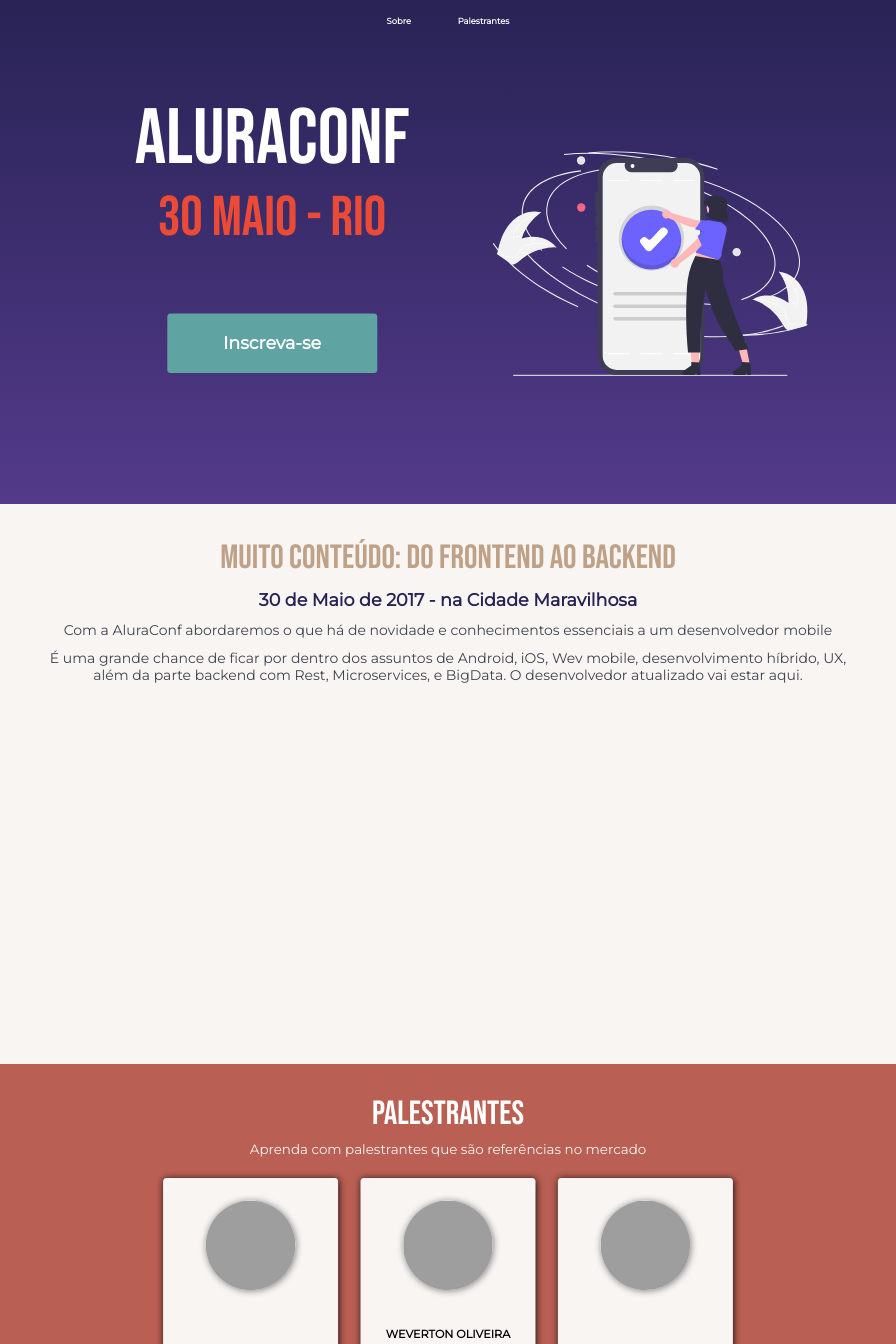
Repository: tomoliveira1/aluraconf
Page: index.html
These files come from the project's save history. The page is drawn as it stood at one moment and after the next save; the edit follows.
The browser window is 1280 px wide. The pictures show the part of the page from y = 0 to 1920 px (the page is 3072 px tall), at 70% of full size.
Pictures or frames that could not be fetched are drawn as grey boxes.

Above is the page before, as saved 2021-10-14 23:12:36.

### index.html
<!-- PROJETO FINAL - ALURACONF -->

<!DOCTYPE html>
<html lang="pt-br">
  <head>
    <meta charset="UTF-8" />
    <meta http-equiv="X-UA-Compatible" content="IE=edge" />
    <meta name="viewport" content="width=device-width, initial-scale=1.0" />
    <title>AluraConf</title>
    <link
      rel="shortcut icon"
      href="./aluraconf/img/favicon.ico"
      type="image/x-icon"
    />

    <link rel="preconnect" href="https://fonts.googleapis.com" />
    <link rel="preconnect" href="https://fonts.gstatic.com" crossorigin />

    <link rel="stylesheet" href="/aluraconf/css/reset.css" />
    <link rel="stylesheet" href="/aluraconf/css/base.css" />
    <link rel="stylesheet" href="aluraconf/css/header.css" />
    <link rel="stylesheet" href="aluraconf/css/about.css" />
    <link rel="stylesheet" href="aluraconf/css/speakers.css" />
    <link rel="stylesheet" href="aluraconf/css/form.css" />
    <link
      href="https://fonts.googleapis.com/css2?family=Bebas+Neue&family=Montserrat:wght@300;400&display=swap"
      rel="stylesheet"
    />
  </head>
  <body>
    <header class="header container">
      <div class="navigation">
        <nav class="header_nav">
          <ul>
            <li class="header_link"><a href="#about">Sobre</a></li>
            <li class="header_link"><a href="#speakers">Palestrantes</a></li>
          </ul>
        </nav>
      </div>

      <div class="header_text container">
        <h1 class="header_title">aluraconf</h1>
        <h1 class="header_subtitle">30 Maio - Rio</h1>

        <a class="header_button button" href="#subscribe">Inscreva-se</a>
      </div>

      <img
        class="header_image"
        src="aluraconf/img/phone.svg"
        alt="ilustração de uma pessoa usando um computador"
      />
    </header>

    <main>
      <section id="about" class="about container">
        <h1 class="title about_title">
          Muito conteúdo: do frontend ao backend
        </h1>
        <h2 class="about_subtitle">
          30 de Maio de 2017 - na Cidade Maravilhosa
        </h2>
        <p class="about_content">
          Com a AluraConf abordaremos o que há de novidade e conhecimentos
          essenciais a um desenvolvedor mobile
        </p>
        <p class="about_content">
          É uma grande chance de ficar por dentro dos assuntos de Android, iOS,
          Wev mobile, desenvolvimento híbrido, UX, além da parte backend com
          Rest, Microservices, e BigData. O desenvolvedor atualizado vai estar
          aqui.
        </p>
      </section>

      <section id="speakers" class="speakers container">
        <h1 class="title">Palestrantes</h1>
        <h2>Aprenda com palestrantes que são referências no mercado</h2>

        <div class="cards">
          <div class="card">
            <img
              src="https://i.insider.com/60c1df2b23393a00188e25da?width=1136&format=jpeg"
              alt="foto de perfil Weverton"
              class="profile_picture"
            />

            <div class="info_container">
              <span class="profile_name">Mark Zuckerberg</span>
              <span class="profile_subtitle">Programador | Facebook</span>
              <span class="profile_description"
                >Bom, mas não tão bom quanto o Weverton ai do lado</span
              >
            </div>
          </div>

          <div class="card">
            <img
              src="https://avatars.githubusercontent.com/u/85240595?v=4"
              alt="foto de perfil Weverton"
              class="profile_picture"
            />

            <div class="info_container">
              <span class="profile_name">Weverton Oliveira</span>
              <span class="profile_subtitle">Front-end Developer | FAcode</span>
              <span class="profile_description"
                >Mais conhecido como o melhor Front-end do mundo! Fonte: todo
                mundo</span
              >
            </div>
          </div>

          <div class="card">
            <img
              src="https://conteudo.imguol.com.br/c/tab/85/2020/07/07/o-empresario-e-filantropo-bill-gates-1594123769189_v2_450x337.jpg"
              alt="foto de perfil Weverton"
              class="profile_picture"
            />

            <div class="info_container">
              <span class="profile_name">Bill Gates</span>
              <span class="profile_subtitle">Programador | Microsoft</span>
              <span class="profile_description"
                >Criador da Microsoft, empresa que fustra os usuários na hora do
                Login</span
              >
            </div>
          </div>
        </div>
      </section>

      <section id="subscribe" class="form container">
        <img
          src="aluraconf/img/form-image.svg"
          alt="Ilustração de cadastro"
          class="form_image"
        />

        <div class="inputs">
          <h1 class="title">seus dados</h1>
          <form>
            <label class="custom_field">
              <input
                class="form_input"
                type="text"
                id="nome"
                placeholder="Nome Completo"
              />
            </label>

            <label class="custom_field">
              <input
                class="form_input"
                type="text"
                id="email"
                placeholder="Email"
              />
            </label>
          </form>

          <a class="submit_button button">Enviar</a>
        </div>
      </section>
    </main>
  </body>
</html>

### aluraconf/css/base.css
:root {
  /* Colors */
  --clr-gray: #37474f;
  --placeholder: #222;
  --text-color: #3f434f;
  --red: #eb4b36;
  --bg-orange: #ba5f53;
  --bg-color-darker: #282355;
  --bg-color-lighter: #533a8a;
  --button-hover: #2a87a1;
  --clr-primary: #2f7b91;
  --button: #5fa3a3;
  --white: #fff;
  --beige: #bea187;
  --input: #d5d5d5;
  --clr-gray-light: #b0bec5;
  --light-beige: #f8f5f2;

  /* Fonts */

  --bebas-neue: "Bebas Neue", cursive;
  --montserrat: "Montserrat", sans-serif;
}

html {
  scroll-behavior: smooth;
}

body {
  font-family: "Bebas Neue", cursive;
  font-family: "Montserrat", sans-serif;
}

.container {
  padding-right: 6%;
  padding-left: 6%;
}

.title {
  font-family: var(--bebas-neue);
  text-transform: uppercase;
  text-align: center;
  font-size: 3rem;
}

.button {
  background-color: var(--button);
  color: var(--white);
  font-weight: 600;
  text-align: center;
  display: block;
  box-sizing: border-box;
  padding: 1rem 2rem;
  border-radius: 5px;
  transition: all 0.2s;
}

.button:hover {
  background-color: var(--button-hover);
}

### aluraconf/css/header.css
.header {
  background-image: linear-gradient(
    var(--bg-color-darker),
    var(--bg-color-lighter)
  );

  width: 100%;
  min-height: 100vh;

  box-sizing: border-box;

  display: flex;
  flex-direction: column;
  align-items: center;

  padding-top: 0.75rem;
  padding-bottom: 0.75rem;
}

.header_nav {
  text-align: center;
}

.header_link {
  color: var(--white);
  font-size: 1rem;
  font-weight: 600;

  display: inline-block;

  margin-right: 0.7rem;
  margin-bottom: 4rem;
  margin-left: 0.7rem;

  padding: 0.75rem 1.25rem;
}

.header_title {
  font-family: var(--bebas-neue);
  color: var(--white);
  font-size: 5rem;
  text-align: center;
}

.header_subtitle {
  font-family: var(--bebas-neue);
  font-size: 3.5rem;
  color: var(--red);
  margin-bottom: 6rem;
  text-align: center;
}

.header_button {
  width: 100%;
}

.header_image {
  display: none;
}

@media screen and (min-width: 1024px) {
  .navigation {
    width: 100%;
    align-items: center;
  }

  .header_title {
    font-size: 7rem;
  }

  .header_subtitle {
    font-size: 5rem;
  }

  .header_button {
    width: 300px;
    padding: 30px;
    font-size: 25px;
  }

  .header_text {
    align-items: center;
    margin-top: 2rem;
    margin-left: 3rem;
    display: flex;
    flex-direction: column;
  }

  .header {
    align-items: start;
  }

  .header_link {
    align-content: center;
    font-size: 0.75rem;
    position: relative;
  }

  .header_image {
    width: 450px;
    display: flex;
    position: absolute;
    left: 55%;
    top: 30%;
  }
}

### aluraconf/css/about.css
.about {
  background-color: var(--light-beige);
  min-height: 100vh;
  padding: 3rem 5% 2rem;
  line-height: 1.2;
}

.about_title {
  color: var(--beige);
  text-transform: uppercase;
  margin-bottom: 1rem;
}

.about_subtitle {
  color: var(--bg-color-darker);
  font-family: "Montserrat", sans-serif;
  font-weight: bold;
  text-align: center;
  font-size: 25px;
  margin-bottom: 1rem;
}

.about_content {
  color: var(--text-color);
  width: 100%;
  display: block;
  text-align: center;
  margin-bottom: 1rem;
  margin-right: 0;
  font-size: 20px;
  justify-content: center;
}

### aluraconf/css/speakers.css
.speakers {
  min-height: 100vh;
  background-color: var(--bg-orange);
  padding: 3rem 5% 2rem;
  align-items: center;
  display: flex;
  flex-direction: column;
}

h1 {
  color: var(--white);
  text-transform: uppercase;
  margin-bottom: 1rem;
}

h2 {
  font-family: var(--montserrat);
  color: var(--light-beige);
  text-align: center;
  font-size: 1.2rem;
  margin-bottom: 1rem;
}

.cards {
  display: flex;
  flex-direction: column;
  align-items: center;
}

.card {
  width: 250px;
  height: 400px;
  background-color: var(--light-beige);
  border-radius: 5px;
  box-shadow: 1px 1px 10px rgb(15, 15, 15);
  display: flex;
  flex-direction: column;
  justify-content: space-between;
  align-items: center;
  margin: 1rem;
}

.profile_picture {
  margin-top: 2rem;
  width: 8rem;
  height: 8rem;
  border-radius: 50%;
  box-shadow: 1px 1px 10px grey;
}

.info_container {
  width: 100%;
  display: flex;
  flex-direction: column;
  align-items: center;
}

.profile_name {
  margin: 2rem 2rem 0.5rem;
  font-weight: bold;
  text-transform: uppercase;
}

.profile_subtitle {
  margin: 1rem;
  text-align: center;
}

.profile_description {
  margin: 1rem;
  text-align: center;
}

@media screen and (min-width: 1024px) {
  .cards {
    flex-direction: row;
  }

  .card:hover {
    cursor: pointer;
    transform: translateY(10px);
    transition: all 0.3s ease;
  }
}

### aluraconf/css/form.css
.form {
  display: flex;
  flex-direction: column;
  background-color: var(--light-beige);
  min-height: 70vh;
  padding-top: 2rem;
  align-items: center;
  min-height: 100vh;
}

.form h1 {
  color: var(--beige);
  margin-bottom: 1rem;
}

.custom_field {
  position: relative;
  font-size: 14px;
  padding-top: 20px;
  margin-bottom: 5px;
}

.custom_field input {
  width: 100%;
  box-sizing: border-box;
  border: none;
  appearance: none;
  background: var(--input);
  padding: 20px;
  border-radius: 3px;
  margin-top: 2rem;
  outline: none;
  font-size: 14px;
}

.curstom_field span {
  position: absolute;
  left: 12px;
  top: 50%;
}

input:focus::placeholder {
  color: rgb(143, 143, 143);
}

input::placeholder {
  color: var(--placeholder);
  transition: color 0.3s ease;
}

.submit_button {
  width: 100%;
  margin-top: 3rem;
  cursor: pointer;
}

.form_image {
  display: none;
}

@media screen and (min-width: 1024px) {
  .form {
    flex-direction: row;
    justify-content: space-between;
  }

  .submit_button {
    width: 600px;
  }

  .inputs {
    flex-direction: column;
  }

  .form_image {
    margin-left: 3rem;
    width: 400px;
    display: flex;
    position: relative;
    transform: scaleX(-1);
  }
}

Loaded but not shown: aluraconf/css/reset.css (common file)

After the next save:
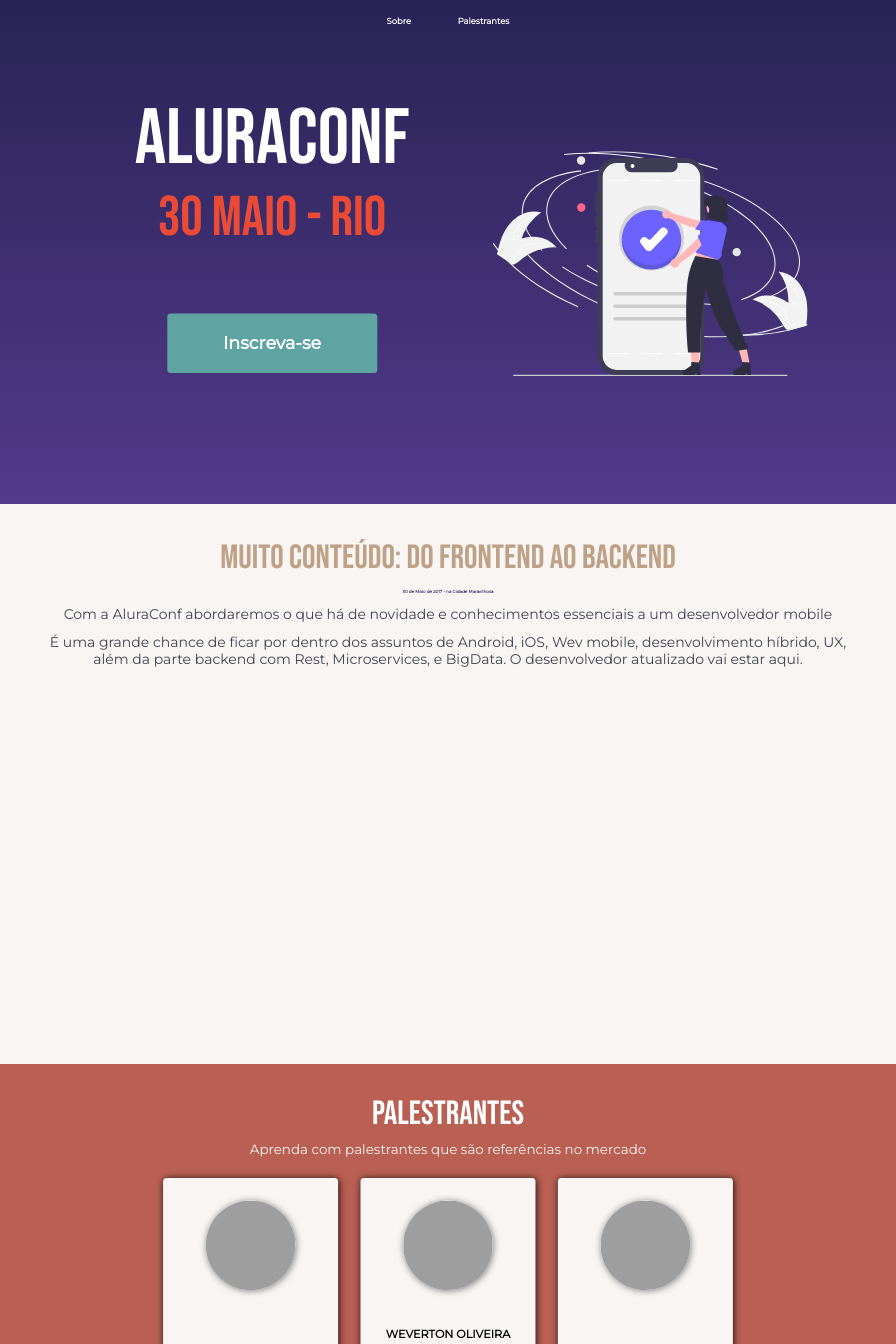
Saved 28 s later.
--- a/aluraconf/css/about.css
+++ b/aluraconf/css/about.css
@@ -16,7 +16,7 @@
   font-family: "Montserrat", sans-serif;
   font-weight: bold;
   text-align: center;
-  font-size: 25px;
+  font-size: 15%;
   margin-bottom: 1rem;
 }
 

After the save that followed:
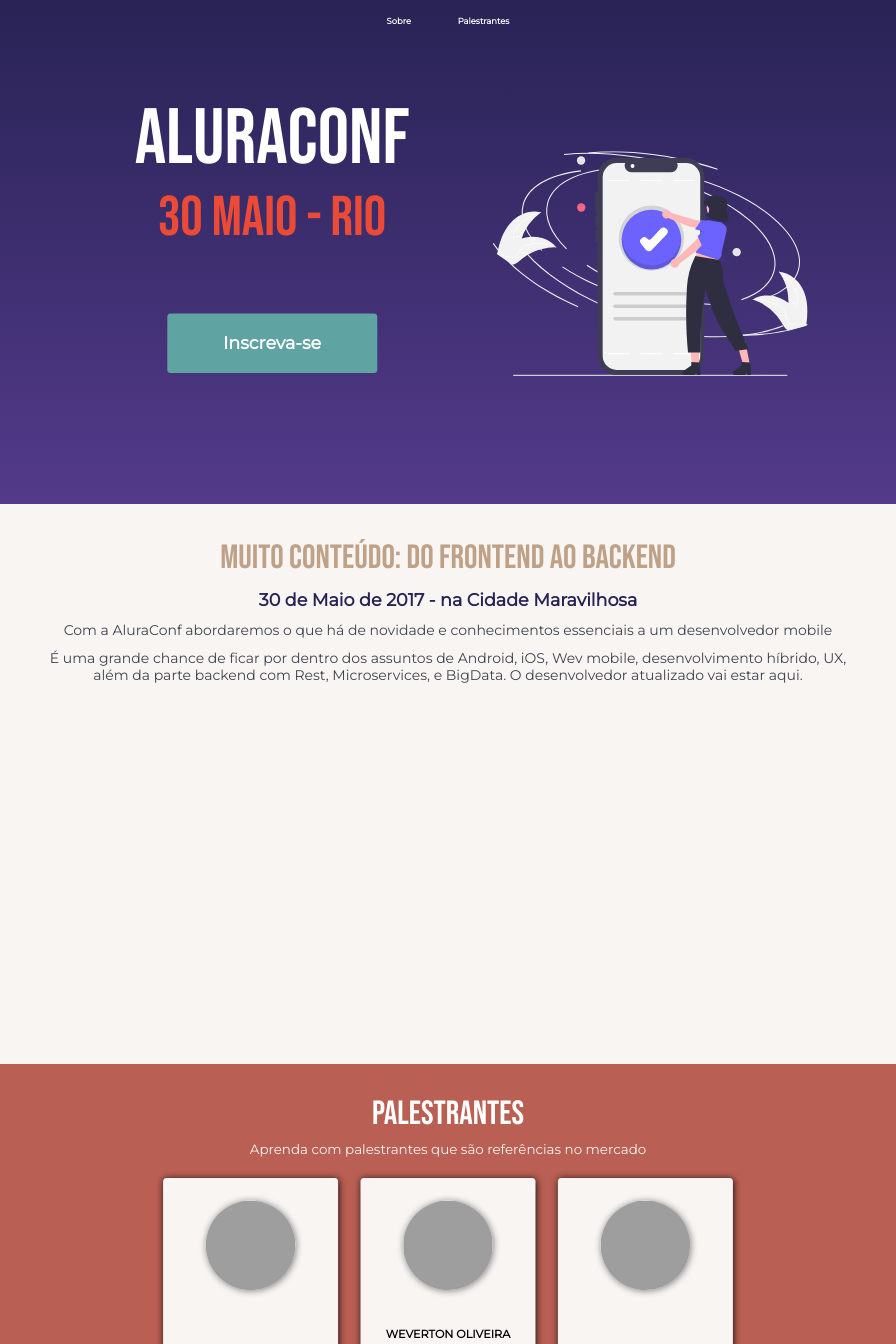
Saved 16 s later.
--- a/aluraconf/css/about.css
+++ b/aluraconf/css/about.css
@@ -16,7 +16,7 @@
   font-family: "Montserrat", sans-serif;
   font-weight: bold;
   text-align: center;
-  font-size: 15%;
+  font-size: 25px;
   margin-bottom: 1rem;
 }
 
